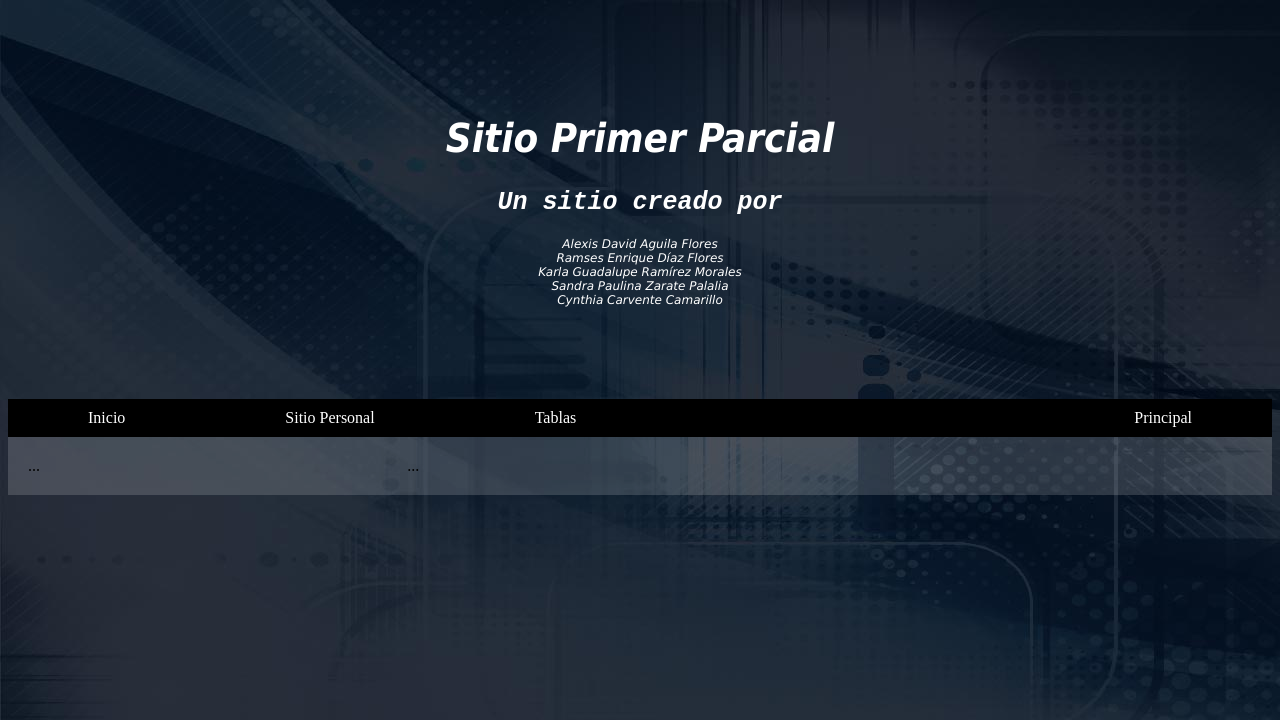
Repository: Dogueen/miniProyectoUniversidad
Page: miniProyecto/pages/tablas.html
An editor plug-in stored every save of this project. The page is shown before and after the next save, followed by the edit.
The browser window is 1280 px wide. The pictures show the whole page.

Above is the page before, as saved 2023-10-27 19:35:16.

After the next save:
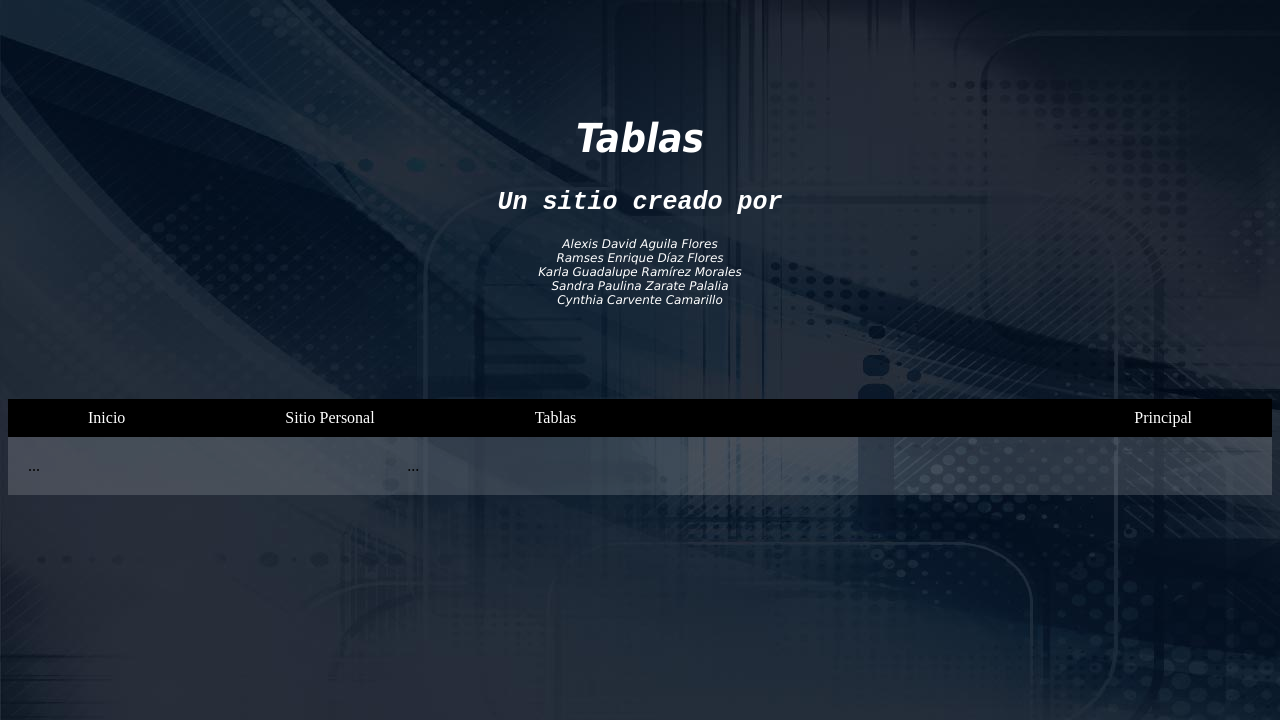
Saved 7 s later.
--- a/miniProyecto/pages/tablas.html
+++ b/miniProyecto/pages/tablas.html
@@ -14,7 +14,7 @@
 <body>
 
     <div class="header">
-        <h1>Sitio Primer Parcial</h1>
+        <h1>Tablas</h1>
         <h2> Un sitio creado por</h2>
         <dl>
             <dt>Alexis David Aguila Flores</dt>
